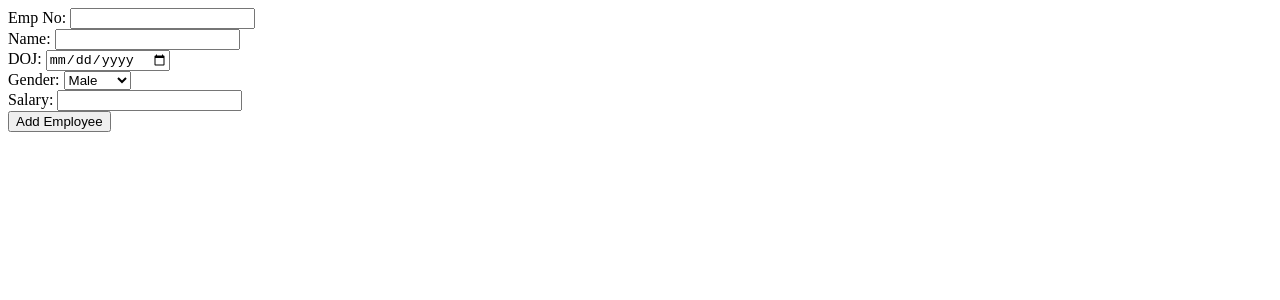
Repository: KUSUMA-74/Advance-JavaProject
Page: http://localhost/EmployeeWebApp/empadd.jsp
The author's editor kept a copy of each file at every save. The page is drawn from the files as they stood at one save, then again after the next save.
The browser window is 1280 px wide. The pictures show the whole page.
The page is served by Tomcat 9. Other server files are loaded and not shown.

Above is the page before, as saved 2025-05-30 06:24:44.

### EmployeeWebApp/src/main/webapp/empadd.jsp
<form action="AddEmployeeServlet" method="post">
    Emp No: <input name="empno" /><br/>
    Name: <input name="empname" /><br/>
    DOJ: <input name="doj" type="date" /><br/>
    Gender: <select name="gender"><option>Male</option><option>Female</option></select><br/>
    Salary: <input name="bsalary" /><br/>
    <input type="submit" value="Add Employee" />
</form>

After the next save:
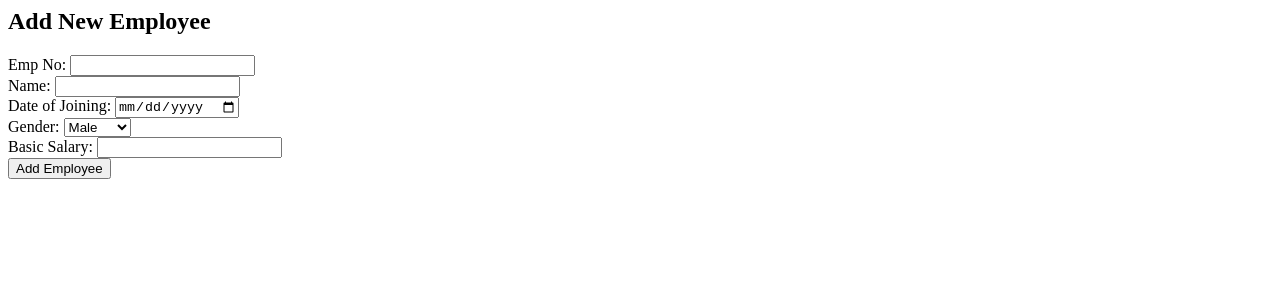
Saved 15 s later.
--- a/EmployeeWebApp/src/main/webapp/empadd.jsp
+++ b/EmployeeWebApp/src/main/webapp/empadd.jsp
@@ -1,8 +1,21 @@
+<%@ page contentType="text/html;charset=UTF-8" language="java" %>
+<html>
+<head>
+    <title>Add Employee</title>
+</head>
+<body>
+<h2>Add New Employee</h2>
 <form action="AddEmployeeServlet" method="post">
-    Emp No: <input name="empno" /><br/>
-    Name: <input name="empname" /><br/>
-    DOJ: <input name="doj" type="date" /><br/>
-    Gender: <select name="gender"><option>Male</option><option>Female</option></select><br/>
-    Salary: <input name="bsalary" /><br/>
+    Emp No: <input type="text" name="empno" required /><br/>
+    Name: <input type="text" name="empName" required /><br/>
+    Date of Joining: <input type="date" name="doj" required /><br/>
+    Gender:
+    <select name="gender">
+        <option>Male</option>
+        <option>Female</option>
+    </select><br/>
+    Basic Salary: <input type="number" name="bsalary" step="0.01" required /><br/>
     <input type="submit" value="Add Employee" />
 </form>
+</body>
+</html>
